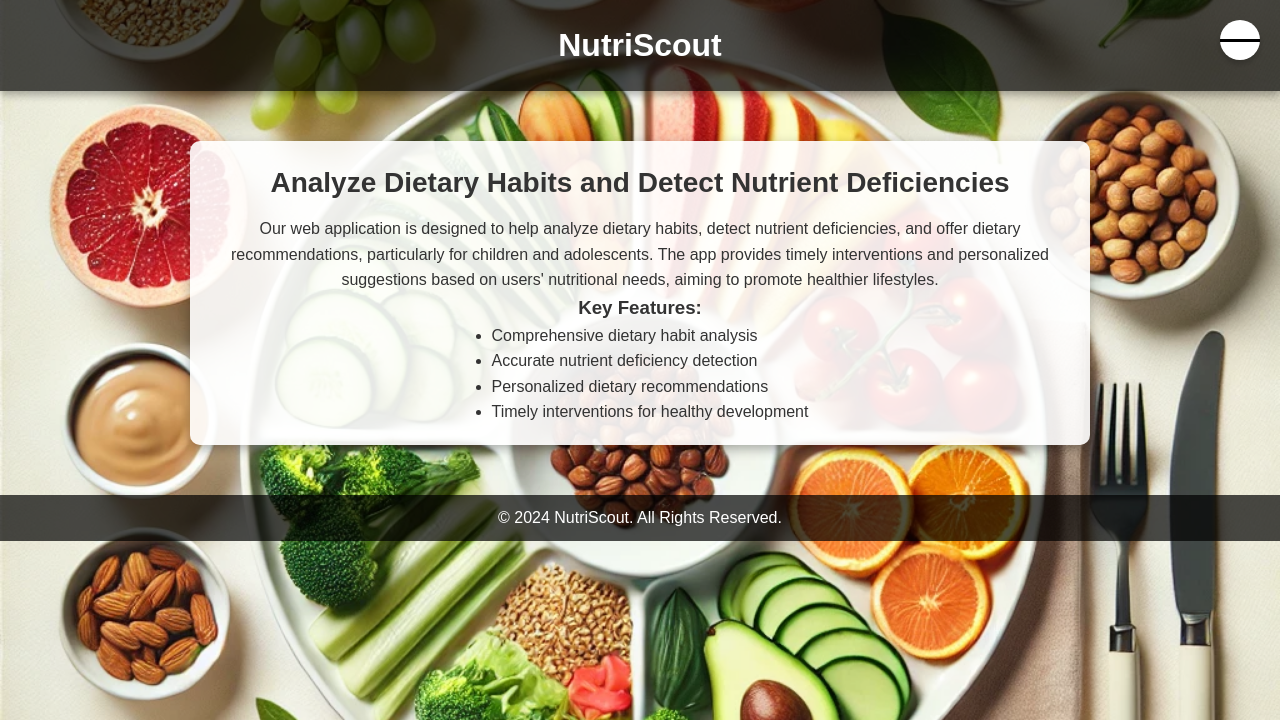
Repository: chaitanyasivathmika/NutrientDiet
Page: http://localhost/NutrientDiet/home.jsp
These files come from the project's save history. The page is drawn as it stood at one moment and after the next save; the edit follows.
The browser window is 1280 px wide. The pictures show the whole page.
The page is served by Tomcat 10.

Above is the page before, as saved 2024-11-17 05:46:50.

After the next save:
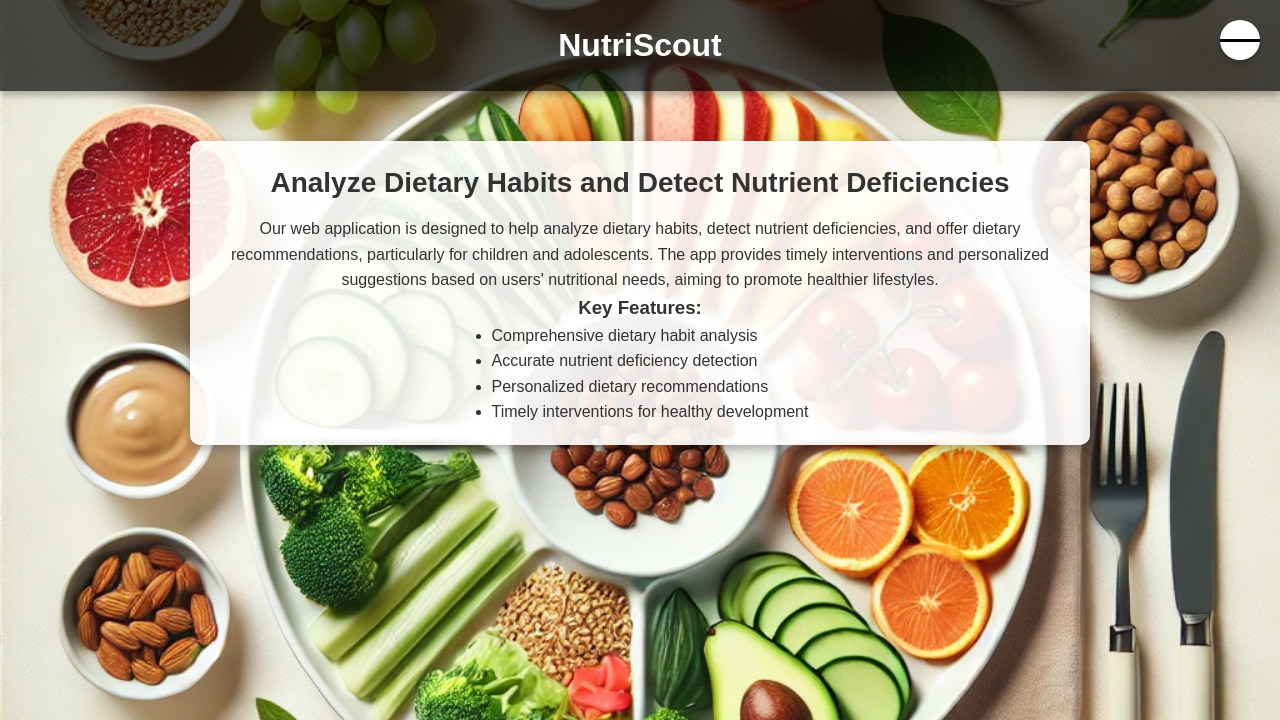
Saved 20 s later.
--- a/NutrientDiet/src/main/webapp/home.jsp
+++ b/NutrientDiet/src/main/webapp/home.jsp
@@ -192,9 +192,6 @@
         </section>
     </main>
 
-    <footer>
-        <p>&copy; 2024 NutriScout. All Rights Reserved.</p>
-    </footer>
 
     <script>
         function toggleDropdown() {
